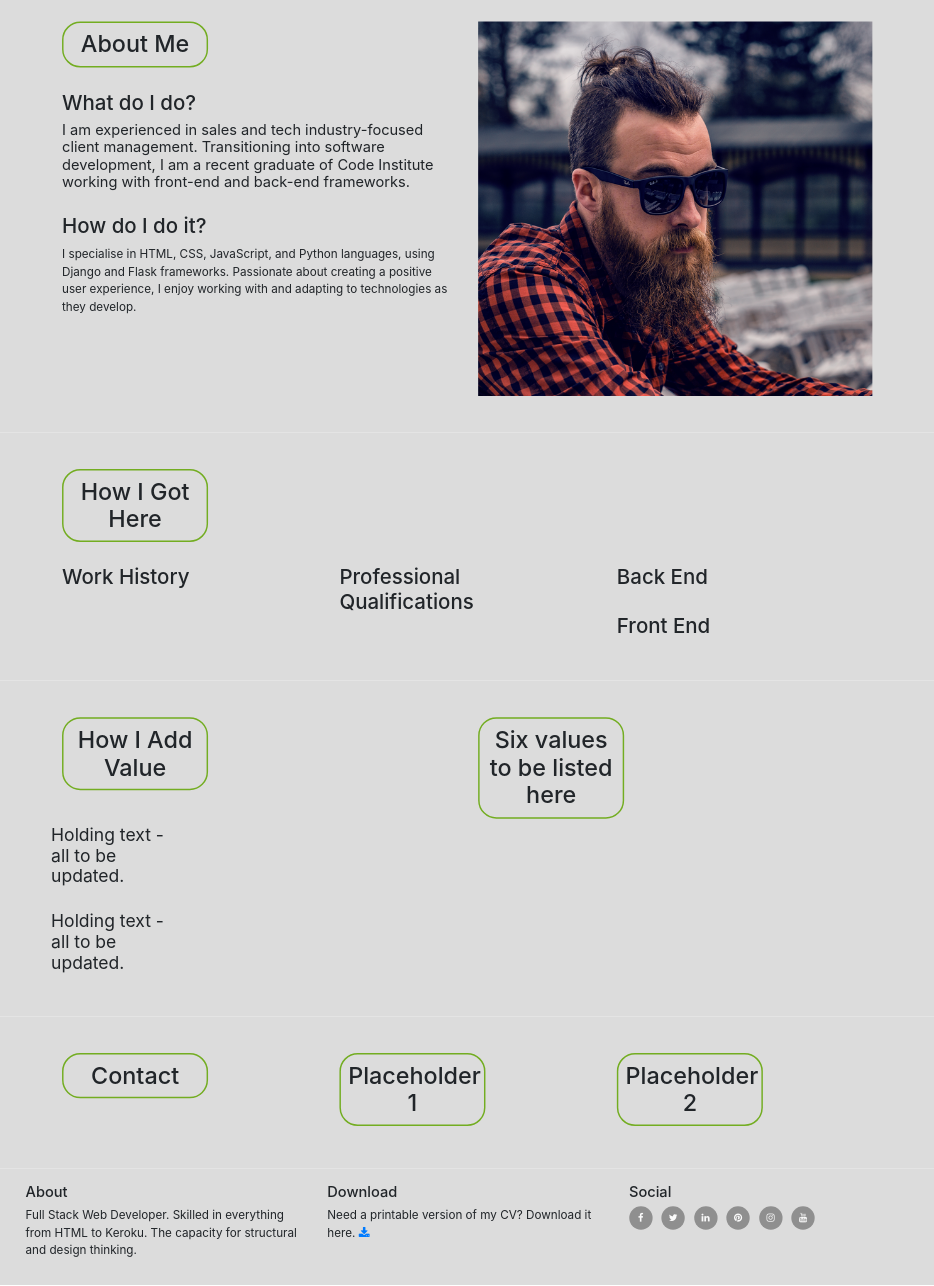
Repository: tenerim/first-milestone
Page: index.html
The author's editor kept a record of every edit. The page is drawn from the files as they stood at one moment, then again after the next edit.
The browser window is 1280 px wide. The pictures show the part of the page from y = 1257 to 3018 px (the page is 3018 px tall), at 73% of full size.
A picture or video elsewhere on the page could not be fetched, so the positions and the page height are approximate.

Above is the page before.

### index.html
<!DOCTYPE html>
<html lang="en">

<head>
    <meta charset="UTF-8">
    <meta name="viewport" content="width=device-width, initial-scale=1.0">
    <meta http-equiv="X-UA-Compatible" content="ie=edge">
    <link rel="stylesheet" href="https://stackpath.bootstrapcdn.com/bootstrap/4.3.1/css/bootstrap.min.css" type="text/css" />
    <link href="https://stackpath.bootstrapcdn.com/bootstrap/4.3.1/css/bootstrap.min.css" rel="stylesheet" integrity="sha384-ggOyR0iXCbMQv3Xipma34MD+dH/1fQ784/j6cY/iJTQUOhcWr7x9JvoRxT2MZw1T" crossorigin="anonymous">
    <link rel="stylesheet" href="https://stackpath.bootstrapcdn.com/font-awesome/4.7.0/css/font-awesome.min.css" type="text/css" />
    <link href="https://stackpath.bootstrapcdn.com/font-awesome/4.7.0/css/font-awesome.min.css" rel="stylesheet" integrity="sha384-wvfXpqpZZVQGK6TAh5PVlGOfQNHSoD2xbE+QkPxCAFlNEevoEH3Sl0sibVcOQVnN" crossorigin="anonymous">
    <link rel="stylesheet" href="assets/css/style.css" type="text/css" />
    <title>MT Milestone Project 1</title>

</head>

<body>
    <!-------------------------------------------------------------Intro Page -->
    <header id="welcome-page">

        <!-------------------------------------Navigation Bar------>

        <nav class="navbar navbar-expand-lg navbar-light bg-light">
            <a class="navbar-brand" href="#"></a>
            <button class="navbar-toggler" type="button" data-toggle="collapse" data-target="#navbarNav" aria-controls="navbarNav" aria-expanded="false" aria-label="Toggle navigation">
	    <span class="navbar-toggler-icon"></span>
	  </button>
            <div class="container">
                <div class="collapse navbar-collapse" id="navbarNav">
                    <ul class="navbar-nav .justify-content-center">
                        <li class="nav-item active">
                            <a class="nav-link" href="#">About Me <span class="sr-only">(current)</span></a>
                        </li>
                        <li class="nav-item">
                            <a class="nav-link" href="#">How I Got Here</a>
                        </li>
                        <li class="nav-item">
                            <a class="nav-link" href="#">How I Add Value</a>
                        </li>
                        <li class="nav-item">
                            <a class="nav-link" href="#">Contact</a>
                        </li>
                        <li class="nav-item">
                            <a class="nav-link disabled" href="#" tabindex="-1" aria-disabled="true"></a>
                        </li>
                    </ul>
                </div>
            </div>
        </nav>
        <!-------------------------------------Image and Text ----->

        <img src="images/city.jpg" alt="city" style="width:100%; height:auto;"></img>

        <div class="container-fluid">
            <div class="row">
                <div class="container">
                    <div class="text-right">
                        <h1 class="display-4">Michael Tenerife</h1>
                        <p class="lead">Full Stack Web Developer</p>
                    </div>
                </div>
            </div>
        </div>

    </header>

    <!-------------------------------------------------------------About Me Page -->

    <section id="about-me" ; class="splash" ;>

        <div class="container">
            <div class="row">
                <div class="col-6">
                    <h2 class="headbox">About Me</h2>
                    <br />
                    <h3>What do I do?</h3>
                    <h5 class="font-weight-normal">I am experienced in sales and tech industry-focused client management. Transitioning into software development, I am a recent graduate of Code Institute working with front-end and back-end frameworks.</h5>
                    <br />
                    <h3>How do I do it?</h3>
                    <p>I specialise in HTML, CSS, JavaScript, and Python languages, using Django and Flask frameworks. Passionate about creating a positive user experience, I enjoy working with and adapting to technologies as they develop. </p>
                </div>
                <div class="col-6">
                    <img src="images/guy-image.png" alt="city" style="width:100%; height:auto;"></img>
                </div>
            </div>
        </div>

    </section>

    <!-------------------------------------------------------------How I Got Here -->


    <Section>

        <div class="container">
            <div class="row">
                <div class="col-4">
                    <h2 class="headbox">How I Got Here</h2>
                    <br />
                </div>
            </div>
        </div>

        <div class="container">
            <div class="row">
                <div class="col-4">
                    <h3>Work History</h3>
                </div>
                <div class="col-4">
                    <h3>Professional Qualifications</h3>
                </div>
                <div class="col-4">
                    <h3>Back End</h3>
                    <br />
                    <h3>Front End</h3>
                </div>
            </div>
        </div>

    </Section>

    <!-------------------------------------------------------------How I Add Value -->

    <Section>

        <div class="container">
            <div class="row">
                <div class="col-6">
                    <h2 class="headbox">How I Add Value</h2>
                </div>

                 <div class="col-6">
                    <h2 class="headbox">Six values to be listed here</h2>
                </div>

                <div class="row">
                    <div class="col-6">
                        <h4 class="font-weight-normal">Holding text - all to be updated.</h4>
                        <br />
                        <h4 class="font-weight-normal">Holding text - all to be updated.</h4>
                    </div>
                </div>

            </div>

    </Section>

    <!-------------------------------------------------------------Contact -->

    <Section>

        <div class="container">
            <div class="row">
                <div class="col">
                    <h2 class="headbox">Contact</h2>
                </div>
                <div class="col">
                    <h2 class="headbox">Placeholder 1</h2>
                </div>
                <div class="col">
                    <h2 class="headbox">Placeholder 2</h2>
                </div>
            </div>
        </div>

    </Section>

    <!-------------------------------------------------------------Footer -->


    <footer class="container-fluid">
        <div id="footer-details" class="row">
            <div class="col-sm-4">
                <h5 class="uppercase general-sub">About</h5>
                <p class "inline-block">
                    Full Stack Web Developer. Skilled in everything from HTML to Keroku. The capacity for structural and design thinking.</p>
            </div>
            <div class="col-sm-4">
                <h5 class="uppercase general-sub">Download</h5>
                <p class "inline-block">
                    Need a printable version of my CV? Download it here.
                    <a href="assets/CV/sample-cv.pdf" target="_blank" class="cv-pdf">
                <i class="fa fa-download" aria-hidden="true"></i>
                <span class="sr-only">Download link.</span>
            </a>
                </p>
            </div>
            <div class="col-sm-4">
                <h5 class="uppercase general-sub">Social</h5>
                <ul class="list-inline social-links">
                    <li class="list-inline-item">
                        <a target="_blank" href="#">
                            <i class="fa fa-facebook" aria-hidden="true"></i>
                            <span class="sr-only">Facebook</span>
                        </a>
                    </li>
                    <li class="list-inline-item">
                        <a target="_blank" href="#">
                            <i class="fa fa-twitter" aria-hidden="true"></i>
                            <span class="sr-only">twitter</span>
                        </a>
                    </li>
                    <li class="list-inline-item">
                        <a target="_blank" href="#">
                            <i class="fa fa-linkedin" aria-hidden="true"></i>
                            <span class="sr-only">LinkedIn</span>
                        </a>
                    </li>
                    </li>
                    <li class="list-inline-item">
                        <a target="_blank" href="#">
                            <i class="fa fa-pinterest" aria-hidden="true"></i>
                            <span class="sr-only">Pinterest</span>
                        </a>
                    </li>
                    </li>
                    <li class="list-inline-item">
                        <a target="_blank" href="#">
                            <i class="fa fa-instagram" aria-hidden="true"></i>
                            <span class="sr-only">Instagram</span>
                        </a>
                    </li>
                    </li>
                    <li class="list-inline-item">
                        <a target="_blank" href="#">
                            <i class="fa fa-youtube" aria-hidden="true"></i>
                            <span class="sr-only">YouTube</span>
                        </a>
                    </li>
                </ul>
            </div>
        </div>



    </footer>

</body>

</html>

### assets/css/style.css
.container-fluid {
    background-color: rgb(220, 220, 220);
}

section {
        background-color: rgb(220, 220, 220);
        padding-top: 50px;
        padding-bottom: 50px;
}

.splash {
       background-color: rgb(220, 220, 220);
}


.display-4 {
    padding-top: 50px;
}


.lead {
    padding-bottom: 50px;
}


.headbox {
    border-radius: 25px;
    border: 2px solid #73AD21;
    padding: 10px;
    text-align: center;
    width: 200px;

}



/*--------------------------------------Footer-----*/

.social-links {
    padding-bottom: 15px;
}

.social-links li a i {
    width: 32px;
    height: 32px;
    padding: 12px 0;
    border-radius: 50%;
    font-size: 13px;
    line-height: 7px;
    text-align: center;
    color: #fafafa;
    background: #8f8f8f;
    transition: all 0.35s ease-in-out;
    -moz-transition: all 0.35s ease-in-out;
    -webkit-transition: all 0.35s ease-in-out;
    -o-transition: all 0.35s ease-in-out;
}

.social-links li a i:hover {
    background: #e84610;
}

#footer-details {
    padding: 20px;
}

After the next edit:
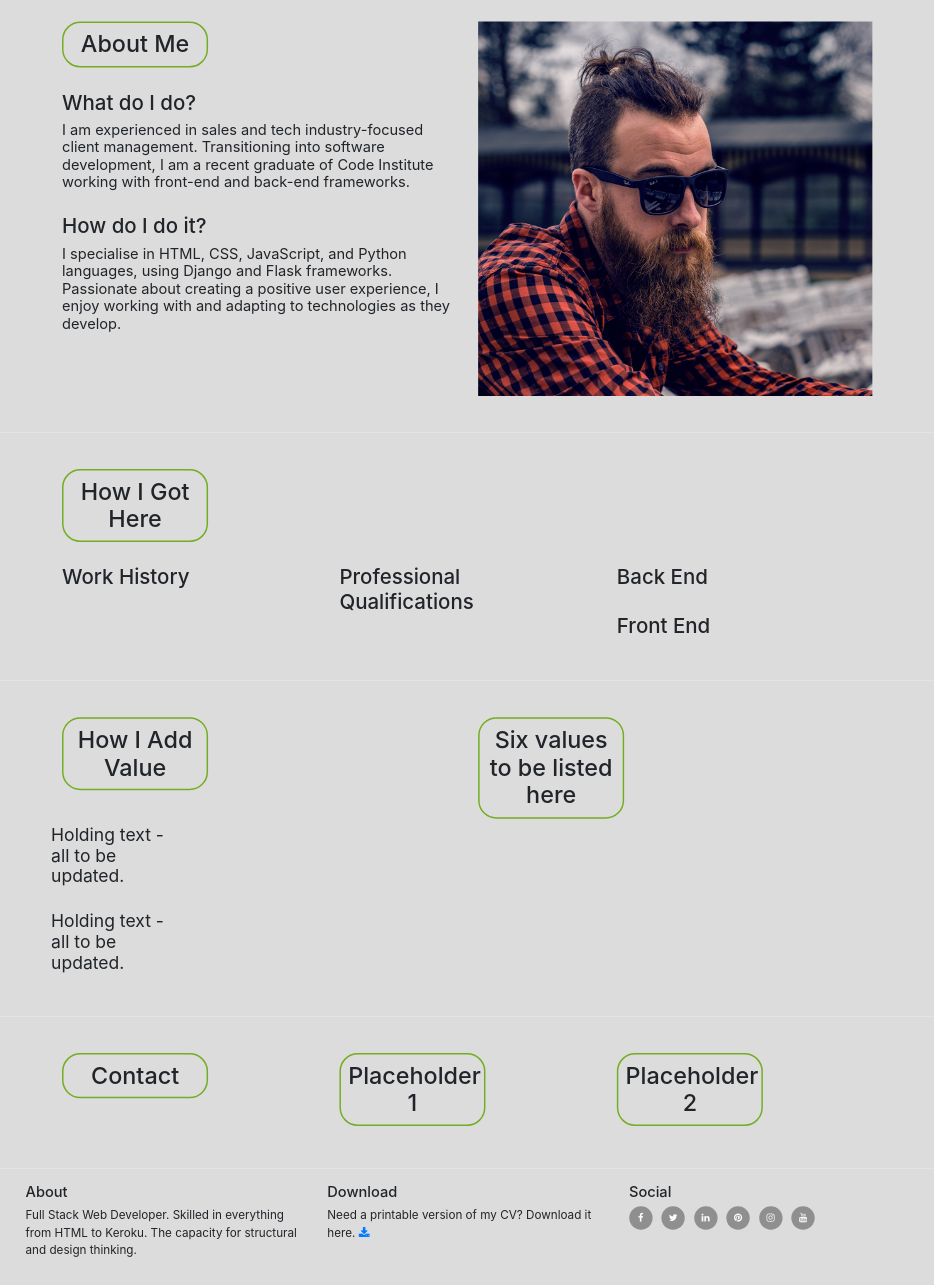
The edit:
--- a/index.html
+++ b/index.html
@@ -77,7 +77,7 @@
                     <h5 class="font-weight-normal">I am experienced in sales and tech industry-focused client management. Transitioning into software development, I am a recent graduate of Code Institute working with front-end and back-end frameworks.</h5>
                     <br />
                     <h3>How do I do it?</h3>
-                    <p>I specialise in HTML, CSS, JavaScript, and Python languages, using Django and Flask frameworks. Passionate about creating a positive user experience, I enjoy working with and adapting to technologies as they develop. </p>
+                    <h5 class="font-weight-normal">I specialise in HTML, CSS, JavaScript, and Python languages, using Django and Flask frameworks. Passionate about creating a positive user experience, I enjoy working with and adapting to technologies as they develop. </h5>
                 </div>
                 <div class="col-6">
                     <img src="images/guy-image.png" alt="city" style="width:100%; height:auto;"></img>
